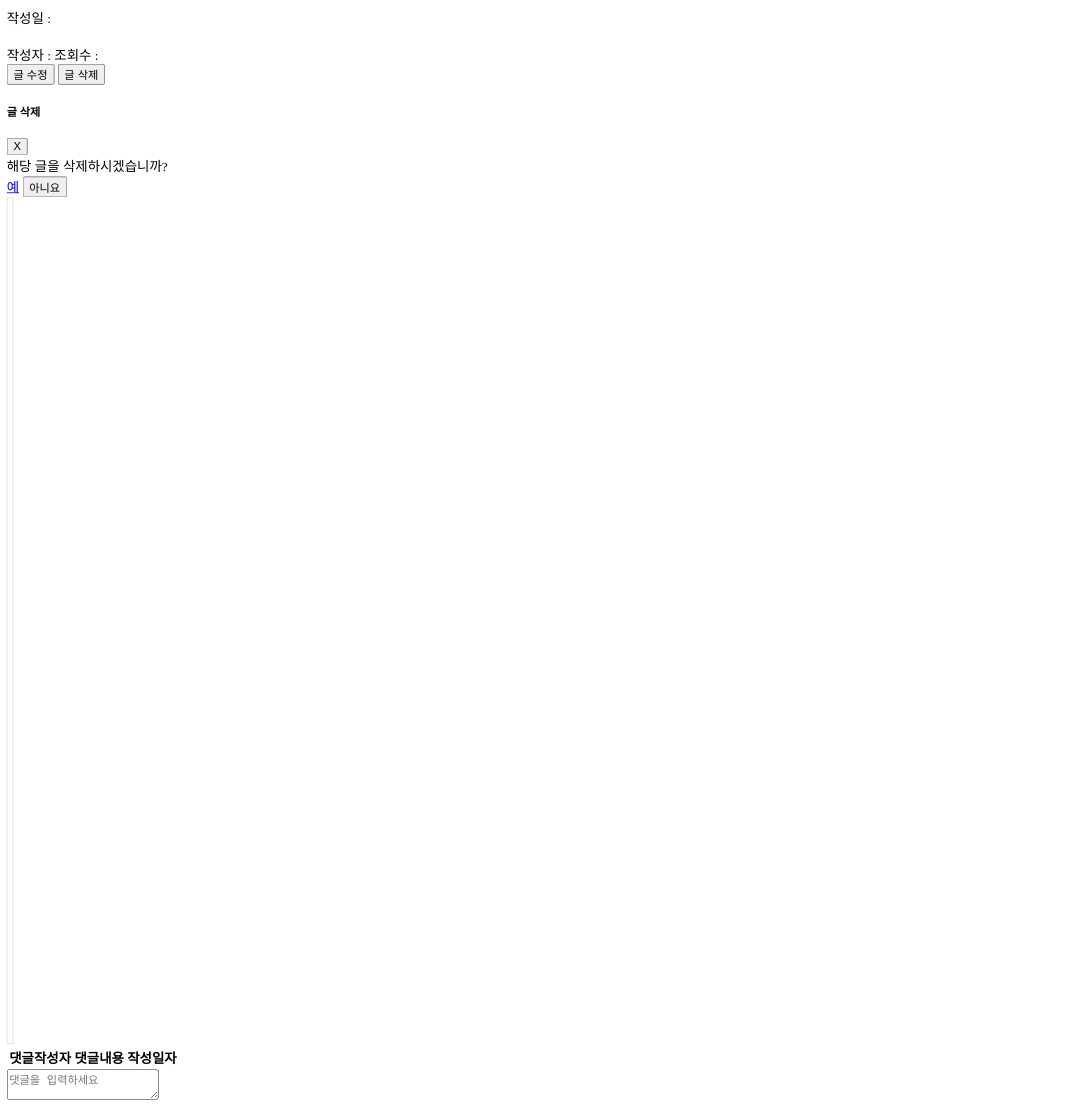
Repository: KimJinHwan999/ToyProject-makeBoard-springBoot
Page: http://localhost/board/WEB-INF/views/board/post.jsp
The author's editor kept a copy of each file at every save. The page is drawn from the files as they stood at one save, then again after the next save.
The browser window is 1280 px wide. The pictures show the whole page, at 84% of full size.
The page is served by Tomcat 9. Nobody is signed in. Other server files are loaded and not shown. The template is opened directly, without the code that normally fills it, so the values that code supplies are empty.

Above is the page before, as saved 2023-06-22 09:12:11.

### board/src/main/webapp/WEB-INF/views/board/post.jsp
<%@ page language="java" contentType="text/html; charset=UTF-8" pageEncoding="UTF-8"%>
<%@ taglib prefix="c" uri="http://java.sun.com/jsp/jstl/core" %>
<body>
	<div class="col-sm-9 col-sm-offset-3 col-md-10 col-md-offset-2 main">
		<div class="sub-header">
			<c:set var="post.board_num" value="${post.board_num}" />
			<c:if test="${post.board_num eq 1}">
				<span>유머 게시판</span>
			</c:if>
			<c:if test="${post.board_num eq 2}">
				<span>스포츠 게시판</span>
			</c:if>
			<c:if test="${post.board_num eq 3}">
				<span>게임 게시판</span>
			</c:if>

			<span class="pull-right">작성일 : ${post.post_date }</span>
			<h2>${post.post_name }</h2>
		</div>

	    <div class="table-responsive">
	    	<div class="pull-right" >
		    	<div>
					<span>작성자 : ${postMember.member_id } </span>
					<span>조회수 : ${post.post_views }</span>

		    	</div>

		    	<!-- 세션에 등록된 계정과 글을 쓴 주인이 같으면 수정, 삭제 버튼 보이기 -->
		    	<c:set var="loginUserSession.member_no" value="${loginUserSession.member_no}" />
		    	<c:set var="post.member_no" value="${post.member_no}" />
				<c:if test="${loginUserSession.member_no eq post.member_no}">
			    	<div>
						<a href="/board/update/${post_id }"><button>글 수정</button></a>
						<button id="deleteButton">글 삭제</button>
			    	</div>
		    	</c:if>
	    	</div>


		<div class="modal fade" id="Modal" tabindex="-1" role="dialog" aria-labelledby="exampleModalLabel" aria-hidden="true">
		<div class="modal-dialog" role="document">
			<div class="modal-content">
				<div class="modal-header">
					<h5 class="modal-title" id="exampleModalLabel">글 삭제</h5>
					<button class="close" type="button" data-dismiss="modal" aria-label="Close">
						<span aria-hidden="true">X</span>
					</button>
				</div>
				<div class="modal-body">해당 글을 삭제하시겠습니까?</div>
				<div class="modal-footer">
					<a class="btn" id="modalY" href="/board/delete/${post_id }">예</a>
					<button class="btn" type="button" data-dismiss="modal">아니요</button>
				</div>
			</div>
		</div>
		</div>


			<table class="table table-striped" style="text-align: center; border: 1px solid #dddddd">

					<tbody>
						<tr>
							<td>
								<div class="form-control" id="post_text" style="height: 1000px; text-align:left;">
									${post.post_text }

									<c:forEach var="postPhoto" items="${postPhoto}" >
										<div>
											<img src="/imgPath/post_img/<c:out value="${postPhoto }"/>"  style="width:300px; margin-top:20px; margin-bottom:20px;">
										</div>
									</c:forEach>

								</div>
							</td>
						</tr>
					</tbody>
				</table>

				<!-- 댓글 -->
	            <form action="/reply/${post.post_id}" method="post" name="addReply" id="addReply" >
					<table class="table table-striped">
			            <thead>
			            <tr>
			                <th>댓글작성자</th>
			                <th>댓글내용</th>
			                <th>작성일자</th>
			            </tr>
			            </thead>
			            <tbody>
			            <c:forEach var="reply" items="${reply }" >
				            <tr>
				                <td>${reply.member_no }</td>
				                <td>${reply.reply_content }</td>
				                <td>${reply.reply_date }</td>
				            </tr>
			            </c:forEach>

			            </tbody>
			        </table>

		            	<textarea id="reply_content" name="reply_content" placeholder="댓글을 입력하세요" style=""></textarea>

	            </form>
		        <!-- 댓글 끝 -->
		</div>

	</div>
</body>

After the next save:
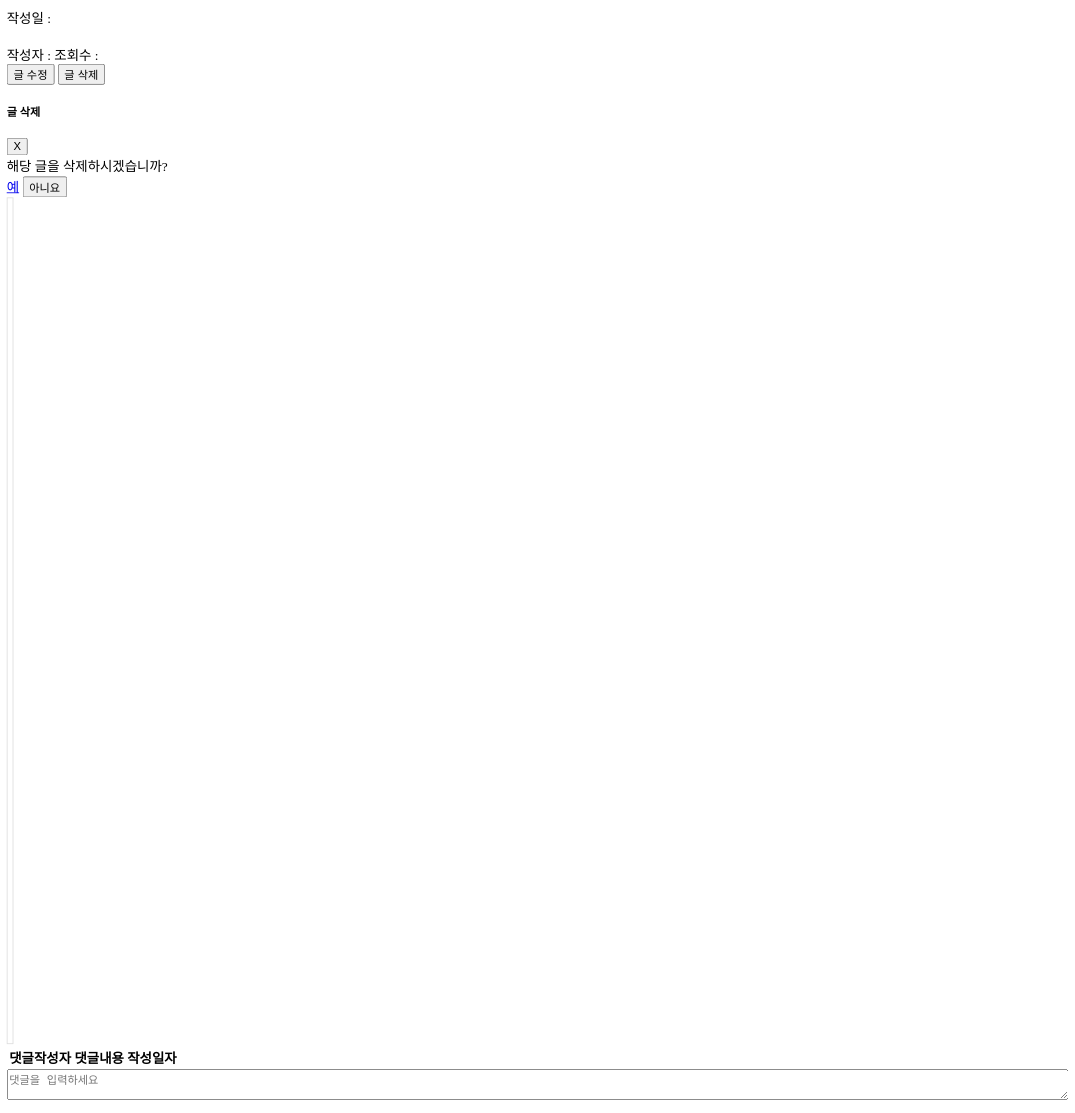
Saved 10 s later.
--- a/board/src/main/webapp/WEB-INF/views/board/post.jsp
+++ b/board/src/main/webapp/WEB-INF/views/board/post.jsp
@@ -99,7 +99,7 @@
 			            </tbody>
 			        </table>
 
-		            	<textarea id="reply_content" name="reply_content" placeholder="댓글을 입력하세요" style=""></textarea>
+		            	<textarea id="reply_content" name="reply_content" placeholder="댓글을 입력하세요" style="width:100%;"></textarea>
 
 	            </form>
 		        <!-- 댓글 끝 -->
